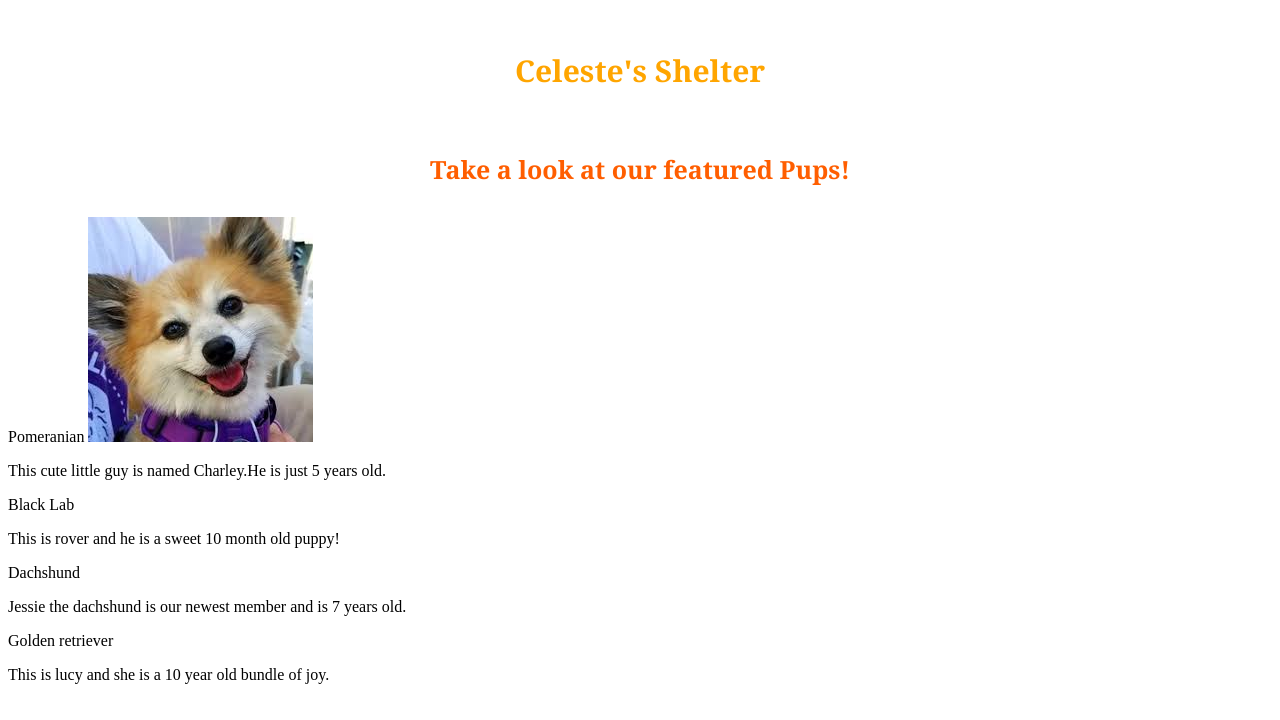
Repository: fieldceleste/animal-shelter
Page: animal-shelter.html
An editor plug-in stored every save of this project. The page is shown before and after the next save, followed by the edit.
The browser window is 1280 px wide. The pictures show the whole page.

Above is the page before, as saved 2019-10-30 18:03:30.

After the next save:
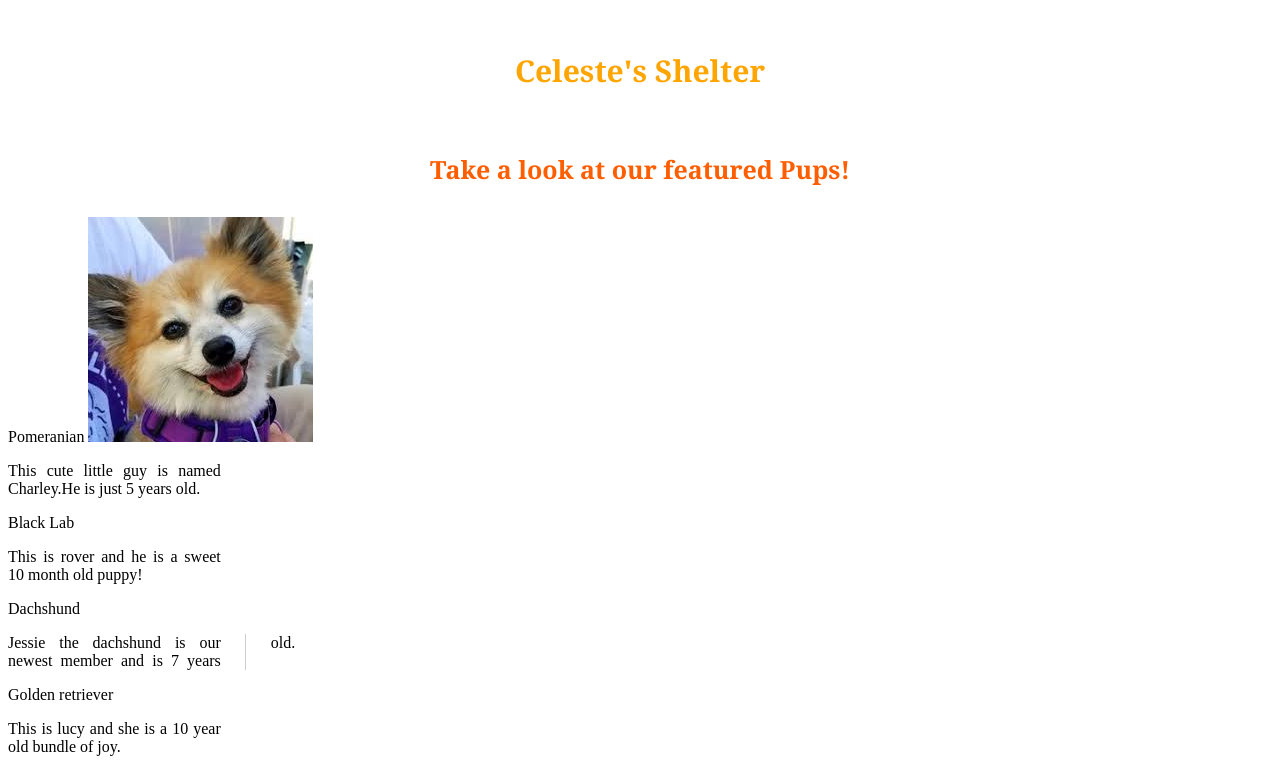
Saved 41 s later.
--- a/animal-shelter.html
+++ b/animal-shelter.html
@@ -8,7 +8,7 @@
     <h1>Celeste's Shelter</h1>
 <h2>Take a look at our featured Pups!</h2>
 
-<div class="ul">
+<div class="dogs">
 Pomeranian
  <img src="img/pom.jpeg" alt="picture of Pomeranian" />
 <p>This cute little guy is named Charley.He is just 5 years old. </p>
--- a/css/styles.css
+++ b/css/styles.css
@@ -14,7 +14,7 @@ h2{
     text-align: center;
 
 }
-.ul li p{
+ .dogs p{
     column-count:5;
     -webkit-column-content:5;
     -webkit-column-gap:50px;
